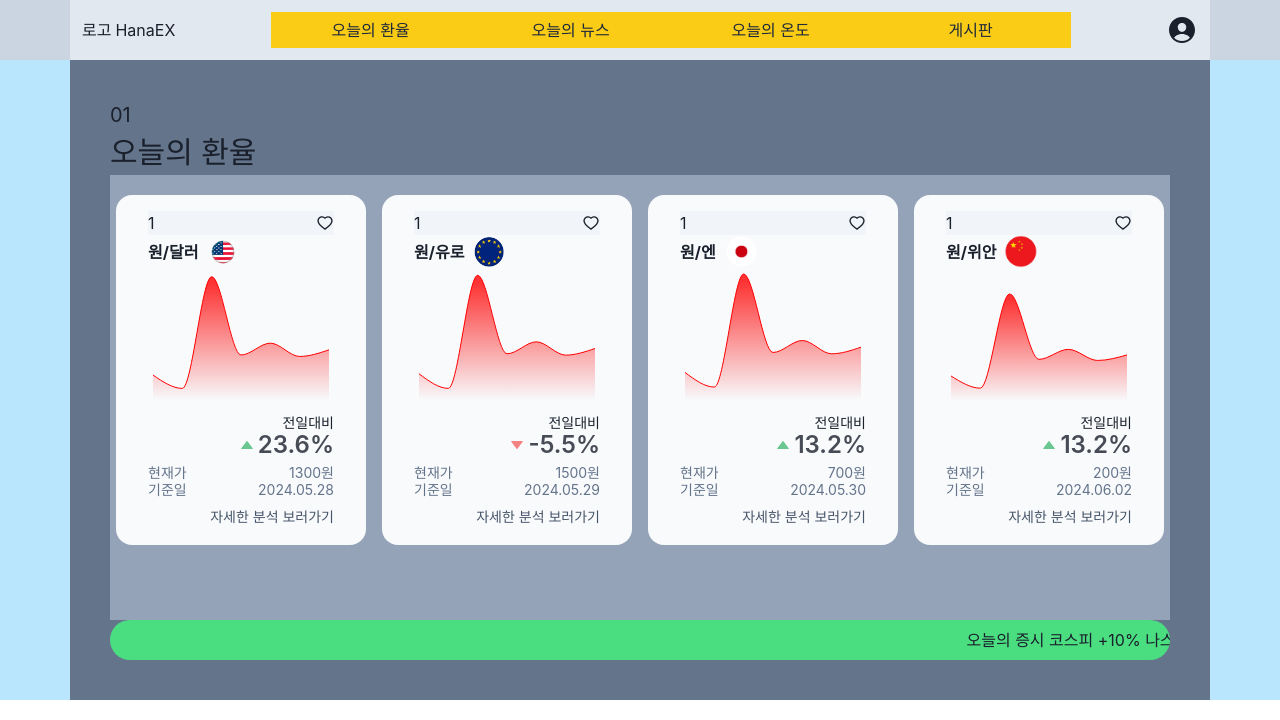
Repository: HANAEX/FRONT
Page: /
These files come from the project's save history. The page is drawn as it stood at one moment and after the next save; the edit follows.
The browser window is 1280 px wide. The pictures show the whole page.
The project was rebuilt for these pictures with package versions that can differ from the ones it lists, and the page was loaded fresh each time. Also part of the build but not shown: src/pages/LoginPage.js, src/pages/MyPage.js, src/components/Toggle.js, src/components/SementicCard.js, src/pages/SemanticPage.js, src/components/NewsCard.js, src/pages/NewsPage.js, src/components/CloudChart.js and 6 more.

Above is the page before, as saved 2024-08-13 19:49:08.

After the next save:
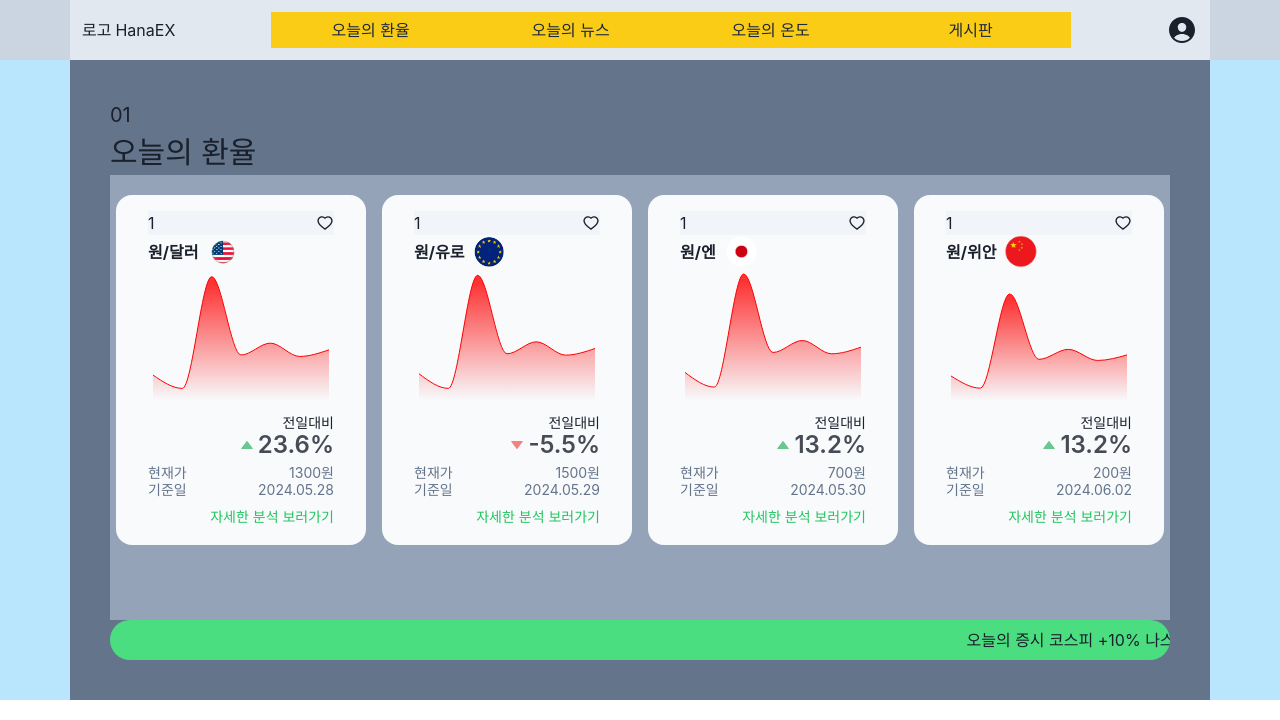
Saved 36 s later.
--- a/src/components/ChartCard.js
+++ b/src/components/ChartCard.js
@@ -74,7 +74,7 @@
         <Text fontSize='sm' lineHeight={1.2} className='text-slate-500'>기준일</Text>
         <Text fontSize='sm' lineHeight={1.2} className='text-slate-500'>{date}</Text>
       </div>
-      <Link className='text-sm flex justify-end text-slate-600 py-2'>자세한 분석 보러가기</Link>
+      <Link className='text-sm flex justify-end text-green-500 py-2'>자세한 분석 보러가기</Link>
     </div>
   )
 }

After the save that followed:
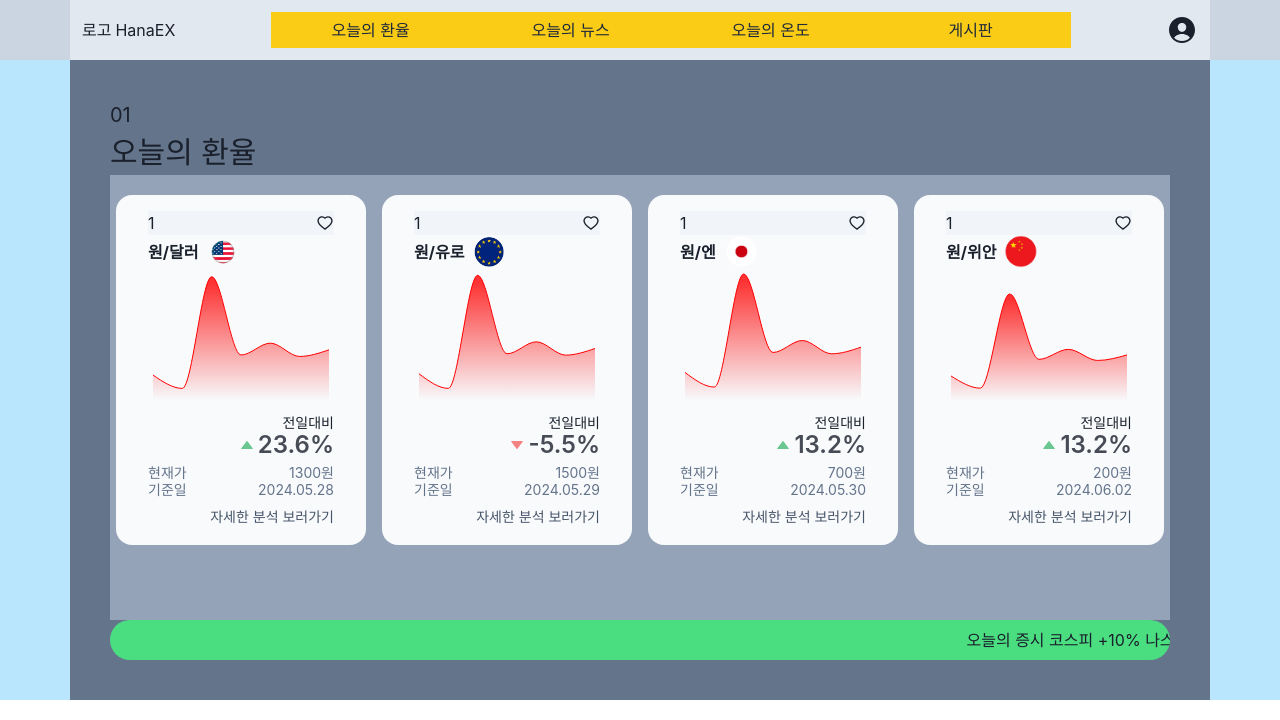
Saved 9 s later.
--- a/src/components/ChartCard.js
+++ b/src/components/ChartCard.js
@@ -74,7 +74,7 @@
         <Text fontSize='sm' lineHeight={1.2} className='text-slate-500'>기준일</Text>
         <Text fontSize='sm' lineHeight={1.2} className='text-slate-500'>{date}</Text>
       </div>
-      <Link className='text-sm flex justify-end text-green-500 py-2'>자세한 분석 보러가기</Link>
+      <Link className='text-sm flex justify-end text-slate-600 py-2'>자세한 분석 보러가기</Link>
     </div>
   )
 }
